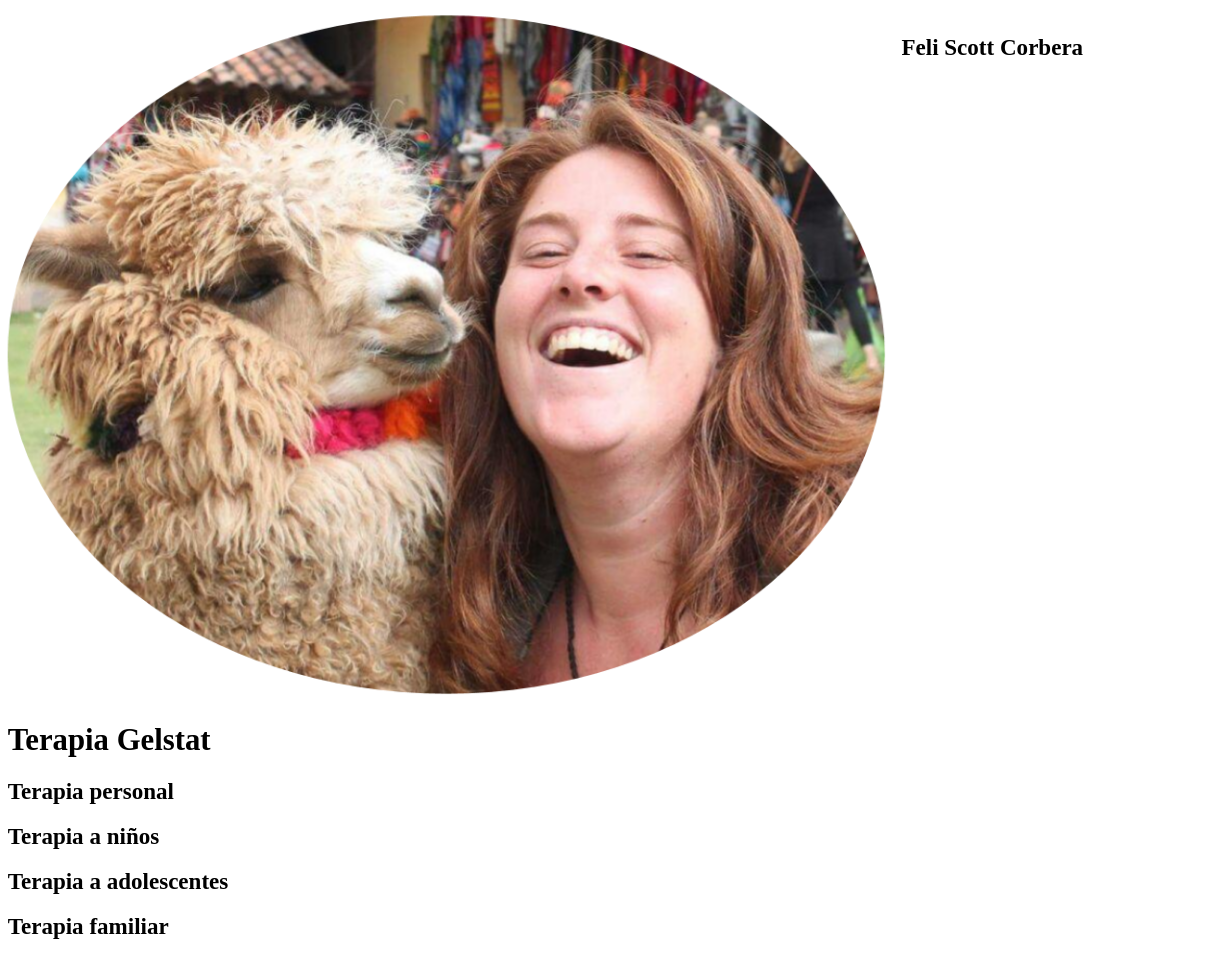
Repository: Jogalso/webPsicologa
Page: /
The author's editor kept a copy of each file at every save. The page is drawn from the files as they stood at one save, then again after the next save.
The browser window is 1280 px wide. The pictures show the whole page, at 96% of full size.
The project was rebuilt for these pictures with package versions that can differ from the ones it lists, and the page was loaded fresh each time. Some packages were replaced by stand-ins written for this rebuild. The framework's server and built-in components were replaced by stand-ins that run in the browser.

Above is the page before, as saved 2021-07-12 11:48:11.

### pages/index.js
import React from 'react'
import Layout from '../components/Layout'
import Contenido from '../components/Contenido'

export default function index() {
    return (
        <div>
            <Layout>
                <Contenido />
            </Layout>
        </div>
    )
}

### components/Layout.js
('use strict')
import Link from 'next/link';
import Head from 'next/head';
import React from 'react'

function Layout(props) {
    const {children, title} = props;
    return <div>
    <Head >
    <title>Terapia Gestalt: {title}</title>
        <meta name="viewport" content="width=device-width, initial-scale=1"></meta>
    </Head>
    {/* <header>
    <Link href={vuelta} activeClassName="active">
                <a className="headerLink">
                    <img className="header_Img" src="../imagenes/back.png" />
                </a>
            </Link>
    <Link href="/">
                <a className="headerLink">
                <img  className="header_Img" src="../imagenes/home.png" />
                </a>
    </Link>

    </header> */}
        {children}
    <style jsx>
    {`
    header{
     background: #844685;
     padding: 15px;
     text-align: center;
    }
    header a{
        color: #faf4ff;
        text-decoration: none;
        borderColor: #f3c623;
    }
    `}
    </style>
    <style jsx global>
        { `
           header{
               body: #fff;
               background:white;
               font-family: system-ui;
           }
        `}
    </style>
</div>
}

export default Layout

### components/Contenido.js
import React from 'react'

export default function Contenido() {
    return (
        <div>
            <p className="InfoTerapetua">
                <img src="../imagenes/principal.png" />
                <h2>Feli Scott Corbera</h2>
            </p>
            <p className="Terapias">
            <h1>Terapia Gelstat</h1>
            <p></p>
            <h2>Terapia personal</h2>
            <h2>Terapia a niños</h2>
            <h2>Terapia a adolescentes</h2>
            <h2>Terapia familiar</h2></p>

            <style>
                {`
                    .InfoTerapetua{
                        display: flex;
                    }
                `}
            </style>
        </div>
    )
}

After the next save:
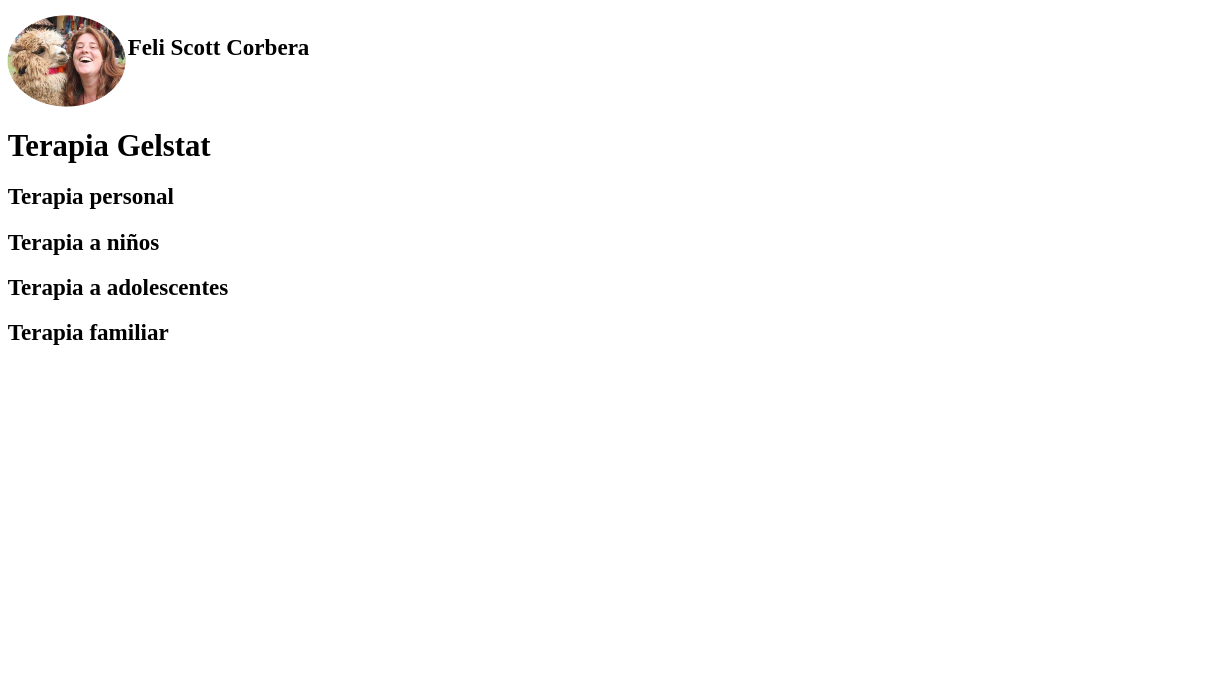
Saved 104 s later.
--- a/components/Contenido.js
+++ b/components/Contenido.js
@@ -4,7 +4,7 @@ export default function Contenido() {
     return (
         <div>
             <p className="InfoTerapetua">
-                <img src="../imagenes/principal.png" />
+                <img className="InfoTerapetua__img" src="../imagenes/principal.png" />
                 <h2>Feli Scott Corbera</h2>
             </p>
             <p className="Terapias">
@@ -20,6 +20,10 @@ export default function Contenido() {
                     .InfoTerapetua{
                         display: flex;
                     }
+                    .InfoTerapetua__img{
+                        height: 6em;
+                        width: auto;
+                    }
                 `}
             </style>
         </div>
